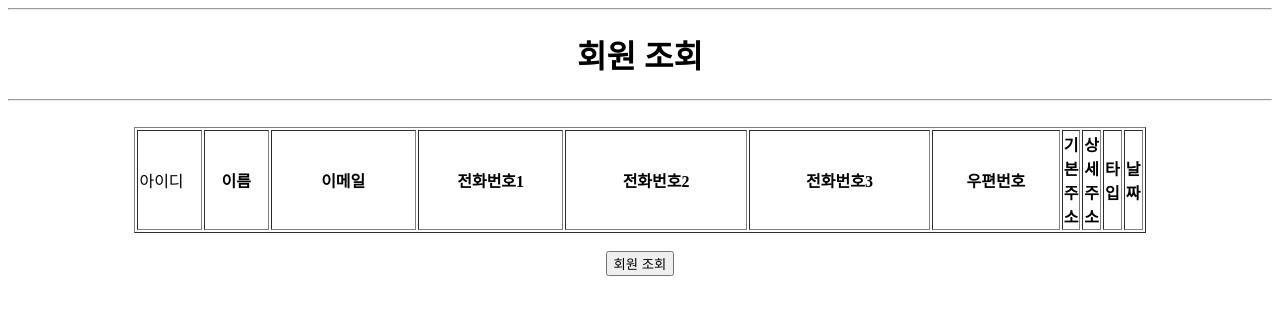
Repository: skim24245/web_workspace_src
Page: http://localhost/Mission-Web/jsp/board/memberlist.jsp
The author's editor kept a copy of each file at every save. The page is drawn from the files as they stood at one save, then again after the next save.
The browser window is 1280 px wide. The pictures show the whole page.
The page is served by Tomcat 9. Queries for data that is not in the repository find no rows.

Above is the page before, as saved 2022-06-03 02:14:53.

After the next save:
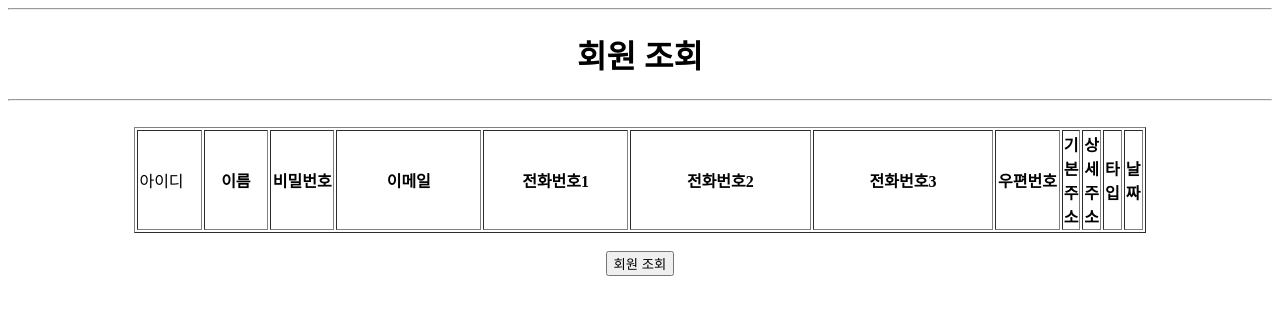
Saved 18 s later.
--- a/Mission-Web/src/main/webapp/jsp/board/memberlist.jsp
+++ b/Mission-Web/src/main/webapp/jsp/board/memberlist.jsp
@@ -44,6 +44,7 @@ ResultSet rs = pstmt.executeQuery();
 			<tr>
 				<td width="7%">아이디</td>
 				<th width="7%">이름</th>
+				<th width="7%">비밀번호</th>
 				<th width="16%">이메일</th>
 				<th width="16%">전화번호1</th>
 				<th width="20%">전화번호2</th>
